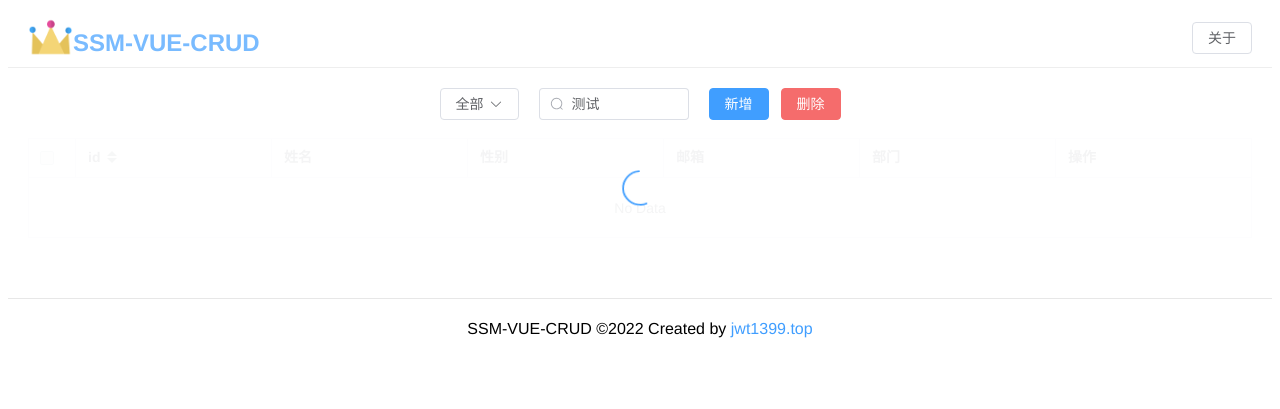
Repository: jwt1399/ssm-vue-crud
Page: / (app in ssm-crud-front/)
The author's editor kept a copy of each file at every save. The page is drawn from the files as they stood at one save, then again after the next save.
The browser window is 1280 px wide. The pictures show the whole page.
The page's requests for data from a server got no answer. The project was rebuilt for these pictures with package versions that can differ from the ones it lists, and the page was loaded fresh each time. No one was signed in, and anything a server would have sent is missing. Also part of the build but not shown: ssm-crud-front/vue.config.js.

Above is the page before, as saved 2022-06-17 14:49:09.

### ssm-crud-front/public/index.html
<!DOCTYPE html>
<html lang="zh-Hans">
  <head>
    <meta charset="utf-8">
    <meta http-equiv="X-UA-Compatible" content="IE=edge">
    <meta name="viewport" content="width=device-width,initial-scale=1.0">
    <link rel="icon" href="<%= BASE_URL %>favicon.png">
    <title><%= htmlWebpackPlugin.options.title %></title>
  </head>
  <body>
    <noscript>
      <strong>We're sorry but <%= htmlWebpackPlugin.options.title %> doesn't work properly without JavaScript enabled. Please enable it to continue.</strong>
    </noscript>
    <div id="app"></div>
    <!-- built files will be auto injected -->
  </body>
</html>

### ssm-crud-front/src/main.js
import { createApp } from 'vue'
import App from './App.vue'
import router from './router'
import ElementPlus from 'element-plus'
import 'element-plus/dist/index.css'
import * as ElementPlusIconsVue from '@element-plus/icons-vue'

const app = createApp(App)

//配置全局icon
for (const [key, component] of Object.entries(ElementPlusIconsVue)) {
    app.component(key, component)
  }

app.use(router).use(ElementPlus).mount('#app')

### ssm-crud-front/src/App.vue
<template>
  <Header/>
  <router-view/>
  <Footer/>
</template>


<script setup>
import Header from '@/components/Header.vue'
import Footer from '@/components/Footer.vue'
</script>



<style>
#app {
  font-family: Avenir, Helvetica, Arial, sans-serif;
  -webkit-font-smoothing: antialiased;
  -moz-osx-font-smoothing: grayscale;
  /* text-align: center; */
  /* color: #2c3e50; */
}
</style>


<!-- 不使用script setup语法糖 -->
<!-- <script>
import Header from '@/components/Header.vue'
import Footer from '@/components/Footer.vue'
export default {
    components: {
        Header,
        Footer,
    }
}
</script> -->

### ssm-crud-front/src/router/index.js
import { createRouter, createWebHashHistory } from 'vue-router'
import CrudView from '../views/CrudView.vue'
const routes = [
  {
    path: '/',
    name: 'home',
    component: CrudView
  },
  {
    path: '/about',
    name: 'about',
    // 懒加载
    component: () => import(/* webpackChunkName: "about" */ '../views/AboutView.vue')
  }
]

const router = createRouter({
  history: createWebHashHistory(),
  routes
})

export default router

### ssm-crud-front/src/components/Header.vue
<template>
  <el-header class="header">
      <a href="/" class="nav-link">
        <img class="nav-logo" src="../assets/favicon.png" alt="logo"/>
        <h2 class="nav-title">SSM-VUE-CRUD</h2>
      </a>
    <el-button type="default" size="default" :plain="true" @click="skipAbout()">关于</el-button>
  </el-header>
</template>

<script setup>
import { useRouter } from "vue-router";
import { ElMessage} from "element-plus";


//关于页跳转
const router = useRouter();
const skipAbout = () => {
  // window.location.href='#/about';
  // router.push({path:'about'})
  router.push({ name: "about" }); //路由名
  //弹框提示
  ElMessage({
    showClose: true,
    message: "这是本项目的关于页面！",
    center: true,
    type: "success",
  });
};


</script>

<style scoped>
.header {
  display: flex;
  align-items: center;
  justify-content: space-between;
  width: 100%;
  border-bottom: 1px solid #eee;
  min-width: 800px;
}
.nav-logo {
  height: 45px;
  width: 45px;
  vertical-align: middle;
  display: inline-block;
}
.nav-title {
  /* font-size: 2rem; */
  display: inline-block;
  vertical-align: middle;
  color: #79bbff;
  padding-top: 10px;
}
</style>

<!-- 不使用script setup语法糖 -->
<!-- <script>
import { ref } from 'vue'
import { useRouter } from 'vue-router'
import { Search } from '@element-plus/icons-vue'
export default {
    name: 'Header',
    setup() {
        const defaultText = ref("测试")
        const router = useRouter()
        const skipAbout = ()=>{
        // window.location.href='#/about';
        // router.push({path:'about'})
        router.push({ name: 'about'})
        }
        return {
            skipAbout,
            Search,
            defaultText,
        }
    },
}
</script> -->

### ssm-crud-front/src/components/Footer.vue
<template>
<el-footer class="footer">
    <span>SSM-VUE-CRUD ©2022 Created by </span>
    <a href="https://jwt1399.top" style="text-decoration: none;color: #409eff;"> jwt1399.top</a>
 </el-footer>
</template>

<!-- 不使用script setup语法糖 -->
<!-- <script>
export default{
    name:'Footer',
}
</script> -->

 <style scoped>
.footer {
    /* 显示在底部*/
    position: relative;
    text-align: center;
    width: 100%;
    /* 垂直居中23-24 */
    height: 60px;
    line-height:60px;
    background-color: #fff;
    border-top:1px solid #E7E7E7;
}
</style>

### ssm-crud-front/src/views/CrudView.vue
<template>
  <el-main>
    <!--员工增删查-->
    <div class="table-item">
      <!-- <el-dropdown>
        <el-button size="default">
            全部
          <el-icon class="el-icon--right"><arrow-down/></el-icon>
        </el-button>
        <template #dropdown>
          <el-dropdown-menu>
            <el-dropdown-item>Action 1</el-dropdown-item>
            <el-dropdown-item>Action 2</el-dropdown-item>
          </el-dropdown-menu>
        </template>
      </el-dropdown> -->

        <!-- <el-dropdown>
            <el-button size="default">
                全部
            <el-icon class="el-icon--right"><arrow-down/></el-icon>
            </el-button> -->
          <el-dropdown @command="handleCommand">
            <el-button size="default">
                <!-- {{ DeptList[tabindex].deptName }} -->
                全部
                <el-icon class="el-icon--right"><arrow-down /></el-icon>
            </el-button>
            <template #dropdown>
                <el-dropdown-menu>
                    <el-dropdown-item :command="-1">全部</el-dropdown-item>
                    <el-dropdown-item v-for="(item,index) in DeptList" :command="index" :key="index">
                        {{ item.deptName }}
                    </el-dropdown-item>
                </el-dropdown-menu>
            </template>
          </el-dropdown>


      <div class="table-search">
        <el-input placeholder="请输入名字" v-model="defaultText" size="default"
          :prefix-icon="Search"
          @change="searchChange"
          clearable>
        </el-input>
      </div>
      <el-button type="primary" size="default" @click="handleAdd()">新增</el-button>
      <el-button type="danger" size="default" @click="handleBatchDelete()">删除</el-button>
    </div>
    <br/>
    <!--员工列表-->
    <div class="data-table">
      <el-table
        :data="employeeList"
        border
        style="width: 100%"
        v-loading="loading"
        @selection-change="handleSelectionChange"
      >
        <el-table-column type="selection"></el-table-column>
        <el-table-column prop="empId" label="id" sortable></el-table-column>
        <el-table-column prop="empName" label="姓名"></el-table-column>
        <el-table-column prop="gender" label="性别" :formatter="formatterSex"></el-table-column>
        <el-table-column prop="email" label="邮箱"></el-table-column>
        <el-table-column prop="department.deptName" label="部门"></el-table-column>
        <el-table-column label="操作">
          <template #default="scope">
            <el-button
              type="primary"
              size="large"
              :icon="Edit"
              @click="handleEdit(scope.$index, scope.row)"
              circle
            >
            </el-button>
            <el-button
              type="danger"
              size="large"
              :icon="Delete"
              @click="handleDelete(scope.$index, scope.row)"
              circle
            >
            </el-button>
          </template>
        </el-table-column>
      </el-table>
    </div>
    <!--分页-->
    <div class="table-pagination">
      <el-pagination
        v-model:current-page="pageNum"
        v-model:page-size="pageSize"
        :page-sizes="[5, 10, 15, 20]"
        :small="small"
        :disabled="disabled"
        :background="background"
        layout="total, sizes, prev, pager, next, jumper"
        :total="total"
        @size-change="handleSizeChange"
        @current-change="handleCurrentChange"
      >
      </el-pagination>
    </div>
  </el-main>

  <!--修改/添加表单-->
  <el-dialog
    v-model="dialogFormVisible"
    :title="editNameDisabled ? '修改' : '添加'"
    @close="dialogClose">
    <el-form
      :model="EmpForm"
      :rules="rules"
      ref="formRef"
      label-position="right"
      label-width="80px"
      status-icon>
      <el-form-item label="姓名" prop="empName">
        <el-input v-model="EmpForm.empName" :disabled="editNameDisabled"></el-input>
      </el-form-item>
      <el-form-item label="邮箱" prop="email">
        <el-input v-model="EmpForm.email"></el-input>
      </el-form-item>
      <el-form-item label="性别" prop="gender">
        <el-radio-group v-model="EmpForm.gender">
          <el-radio :label="1" border size="default">男</el-radio>
          <el-radio :label="2" border size="default">女</el-radio>
        </el-radio-group>
      </el-form-item>
      <el-form-item label="所属部门" prop="dId">
        <el-select v-model="EmpForm.dId" placeholder="请选择部门">
            <el-option v-for="(item,index) in DeptList" :key="index" :label="item.deptName" :value="item.deptId">
            </el-option>
        </el-select>
      </el-form-item>
    </el-form>
    <template #footer>
      <span class="dialog-footer">
        <el-button @click="resetForm">取消</el-button>
        <el-button @click="addSubmit" type="primary" >确定</el-button>
      </span>
    </template>
  </el-dialog>
</template>

<script setup>
import { ElMessage, ElMessageBox } from "element-plus";
import { ref, onBeforeMount, reactive } from "vue";
import { Search, Edit, Delete } from "@element-plus/icons-vue";
import axios from "axios";

/**
 * 员工增删改查
 */
// 新增按钮
const handleAdd = (index, row) => {
    console.log(index, row);
    getAllDept();
    editNameDisabled.value = false;
    dialogFormVisible.value = true;
};
// 批量删除按钮
const handleBatchDelete = () => {
  if (batchIds.length == 0) {
    ElMessage({
      message: "最少选择一位员工！",
      type: "warning",
    });
    return;
  }
  ElMessageBox.confirm("此操作将永久删除该信息, 是否继续?", "提示", {
    confirmButtonText: "确定",
    cancelButtonText: "取消",
    type: "warning",
  })
    .then(() => {
      axios
        .batchDeleteEmployee({
          ids: batchIds,
        })
        .then((res) => {
          ElMessage({
            type: "success",
            message: res.msg,
          });
          this.getEmployeeList();
        })
        .catch((res) => {
          ElMessage({
            type: "info",
            message: res.msg,
          });
        });
    })
    .catch(() => {
      ElMessage({
        type: "info",
        message: "删除取消",
      });
    });
};

const defaultText = ref("测试");
//查询输入框
const searchChange = (val) => {
  console.log(val);
  getEmployeeList();
};

const handleCommand = (command) =>{
    console.log(command)
    getAllDept();
    getEmployeeList();
};




/**
 * 分页相关
 **/
const pageNum = ref(1);
const pageSize = ref(5);
const small = ref(false);
const background = ref(true);
const disabled = ref(false);
const total = ref(null);
const handleSizeChange = (val) => {//每页条目数
  console.log(`每页条目数：${val}`);
  getEmployeeList(pageNum.value, val);
};
const handleCurrentChange = (val) => {//当前页面
  console.log(`当前页面: ${val}`);
  getEmployeeList(val, pageSize.value);
};



//勾选框改变
let batchIds = ref(null);
const handleSelectionChange = (arr) => {
  console.log(arr);
  var arrs = [];
  for (var i = 0; i < arr.length; i++) {
    arrs.push(arr[i].empId);
  }
  batchIds = arrs.join();
  console.log(batchIds);
};

//获取员工数据
const employeeList = ref([]);
const loading = ref(true); //加载动画
function getEmployeeList(pageNum, pageSize) {
  axios
    .get("api/ssm_crud_back/employees/", {
      params: {
        pageNum: pageNum,
        pageSize: pageSize,
      },
    })
    .then(function (res) {
      console.log("所有员工信息：" , res.data);
      loading.value = false;
      employeeList.value = res.data.data.pageInfo.list;
      total.value = res.data.data.pageInfo.total;
      pageSize = res.data.data.pageInfo.pageSize;
      pageNum = res.data.data.pageInfo.pageNum;
    })
    .catch(function (error) {
      console.log(error);
    });
}
// 性别格式化
const formatterSex = (row, column) => {
  return row.gender == 1 ? "男" : "女";
};

// 删除按钮
const handleDelete = (index, row) => {
  console.log(index, row);
  ElMessageBox.confirm("此操作将永久删除该信息, 是否继续?", "提示", {
    confirmButtonText: "确定",
    cancelButtonText: "取消",
    type: "warning",
  })
    .then(() => {
      deleteEmployee(row.empId);
    })
    .catch(() => {
      ElMessage({ type: "info", message: "删除取消" });
    });
};
// 删除员工信息
function deleteEmployee(empId) {
  axios
    .delete(`api/ssm_crud_back/delete/${empId}`)
    .then((response) => {
      if (response.data.code == 100) {
        getEmployeeList();
        ElMessage({ type: "success", message: "删除成功" });
      } else {
        ElMessage({ type: "error", message: "删除失败" });
      }
    })
    .catch((error) => {
      console.log(error);
    });
}

let EmpForm = ref({
  empName: "",
  email: "",
  gender: "",
  dId: "",
  department: {
    deptId: "",
    deptName: "",
  },
});

// const EmpForm = ref({});
// 查询单个员工信息
function getEmployee(empId) {
  axios
    .get(`api/ssm_crud_back/emp/${empId}`)
    .then((response) => {
        console.log("单个员工信息：",response.data);
        EmpForm.value = response.data.data.emp;
        console.log(EmpForm);
    })
    .catch((error) => {
        console.log(error);
    });
}

//显示/隐藏对话框
let dialogFormVisible = ref(false);
//名字是否可编辑
let editNameDisabled = ref(false);

// 修改按钮
const handleEdit = (index, row) => {
  console.log(index, row);
  console.log(row.empId);
  getEmployee(row.empId);
  getAllDept();
  editNameDisabled.value = true;
  dialogFormVisible.value = true;
};

// 更新员工信息
function updateEmp(params) {
  axios.put("api/ssm_crud_back/update", {...params})
    .then((response) => {
        console.log(response.data)
      if (response.data.code == 100) {
        ElMessage({ type: "success", message: "更新成功" });
        getEmployeeList();
      } else {
        ElMessage({ type: "error", message: "更新失败" });
      }
    })
    .catch((error) => {
      console.log(error);
    });
}

onBeforeMount(() => {
  getEmployeeList();
});

let DeptList = ref({})
//获取所有部门
function getAllDept() {
    axios.get("api/ssm_crud_back/dept")
    .then(res => {
        console.log("部门信息：",res.data);
        DeptList.value = res.data.data.dept;
    })
    .catch(error => {
      console.log(error);
    });
}




//表单验证
const rules = reactive({
  empName: [
    {
      required: true,
      message: "请输入姓名",
      trigger: "blur",
    },
    {
      min: 1,
      max: 15,
      message: "长度应该1 ～ 15",
      trigger: "blur",
    },
  ],
  email: [
    {
      required: true,
      message: "请输入正确邮箱",
      trigger: "blur",
      pattern: /^[A-Za-z0-9\u4e00-\u9fa5]+@[a-zA-Z0-9_-]+(\.[a-zA-Z0-9_-]+)+$/,
    },
  ],
  gender: [
    {
      required: true,
      message: "请选择性别",
      trigger: "blur",
    },
  ],
  dId: [
    {
      required: true,
      message: "请选择部门",
      trigger: "blur",
    },
  ],
  department: [
    {
      required: true,
      message: "请选择部门",
      trigger: "blur",
    },
  ],
});

let formRef = ref(null);
// onMounted(()=>{
//     console.log(formRef.value)
// });



//表单验证
function submitForm() {
  let flag = false;
  formRef.value.slotsvalidate((valid) => {
    if (valid) {
      flag = true;
    } else {
      flag = false;
      return false;
    }
  });
  return flag;
}

function resetForm() {
  formRef.value.resetFields();
  dialogFormVisible.value = false;
}

function dialogClose() {
  console.log(formRef.value);
  formRef.value.resetFields();
}

//提交
function addSubmit() {
//   const valid = submitForm();
  const valid = true;
  if (valid) {
    if (editNameDisabled) {
      updateEmp(EmpForm.value);
    } else {
      addEmp(EmpForm.value);
    }
    dialogFormVisible.value = false;
  }
}




</script>

<style scoped>
.table-pagination {
  display: flex;
  justify-content: center;
  padding: 20px;
}
.table-item {
  display: flex;
  justify-content:center;
}

.table-search {
  width: 150px;
  margin: 0 20px;
}
</style>

<!-- 不使用script setup语法糖 -->
<!-- <script>
import { ref,onBeforeMount } from 'vue'
import { Edit, Delete } from '@element-plus/icons-vue'
import axios from 'axios'
export default {
    name: 'CrudView',
    setup(){
        //分页相关
        const pageNum = ref(1)
        const pageSize = ref(5)
        const small = ref(false)
        const background = ref(true)
        const disabled = ref(false)
        const total = ref(null)
        const handleSizeChange = (val) => {
            console.log(`每页条目数：${val}`)
            getEmployeeList(pageNum.value,val)
        }
        const handleCurrentChange = (val) => {
            console.log(`当前页面: ${val}`)
            getEmployeeList(val,pageSize.value)
        }

        //获取员工数据
        const loading = ref(false)
        let batchIds = ref(null)
        const handleSelectionChange = (arr) => {
            console.log(arr)
            var arrs = [];
            for (var i = 0; i < arr.length; i++) {
                arrs.push(arr[i].empId);
            }
            batchIds = arrs.join();
            console.log(batchIds)
        }

        const handleEdit = (index, row) => {
            console.log(index, row)
        }

        const handleDelete = (index, row) => {
            console.log(index, row)
        }
        const employeeList =ref([])
        function getEmployeeList(pageNum,pageSize){
            axios.get("api/ssm_crud_back/employees/", {
                params: {
                    pageNum: pageNum,
                    pageSize: pageSize,
                }
            }).then(function(res) {
                console.log(res.data)
                loading.value = false
                employeeList.value = res.data.data.pageInfo.list
                total.value = res.data.data.pageInfo.total
                pageSize = res.data.data.pageInfo.pageSize
                pageNum = res.data.data.pageInfo.pageNum
            }).catch(function(error) {
                console.log(error);
            });
        }
        onBeforeMount(()=>{
            getEmployeeList();
        })
        // 性别格式化
        const formatterSex = (row, column)=>{
            return row.gender == 1 ? "男" : "女";
        };

        return{
            employeeList,
            getEmployeeList,
            pageNum,
            pageSize,
            total,
            small,
            disabled,
            background,
            formatterSex,
            handleSizeChange,
            handleCurrentChange,
            Edit,
            Delete,
            loading,
            handleSelectionChange,
            handleEdit,
            handleDelete,
        }
    }
}
</script> -->

After the next save:
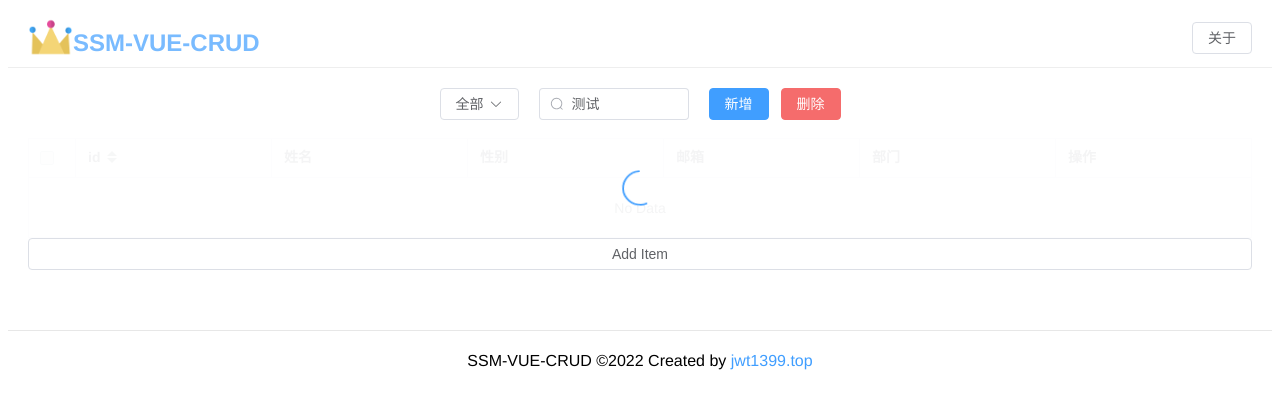
Saved 2 min 59 s later.
--- a/ssm-crud-front/src/views/CrudView.vue
+++ b/ssm-crud-front/src/views/CrudView.vue
@@ -84,6 +84,8 @@
           </template>
         </el-table-column>
       </el-table>
+        <el-button class="mt-4" style="width: 100%" @click="onAddItem"
+    >Add Item</el-button>
     </div>
     <!--分页-->
     <div class="table-pagination">
